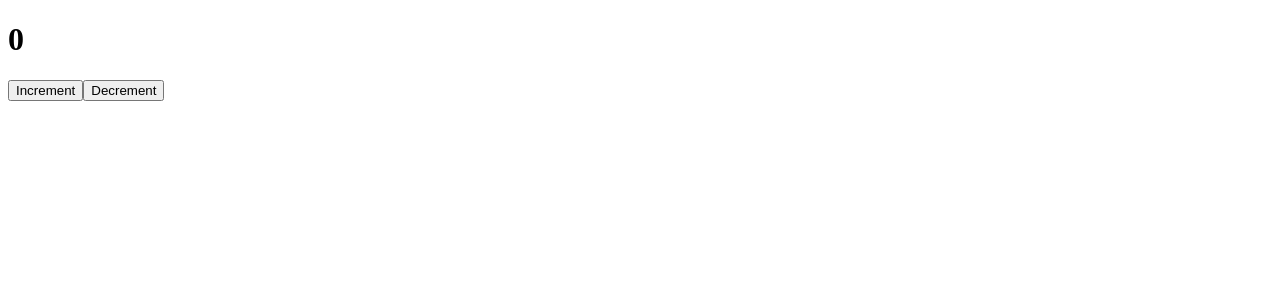
Repository: otvertka/ulb
Page: /
These files come from the project's save history. The page is drawn as it stood at one moment and after the next save; the edit follows.
The browser window is 1280 px wide. The pictures show the whole page.
The project was rebuilt for these pictures with package versions that can differ from the ones it lists, and the page was loaded fresh each time.

Above is the page before, as saved 2023-06-09 13:25:17.

After the next save:
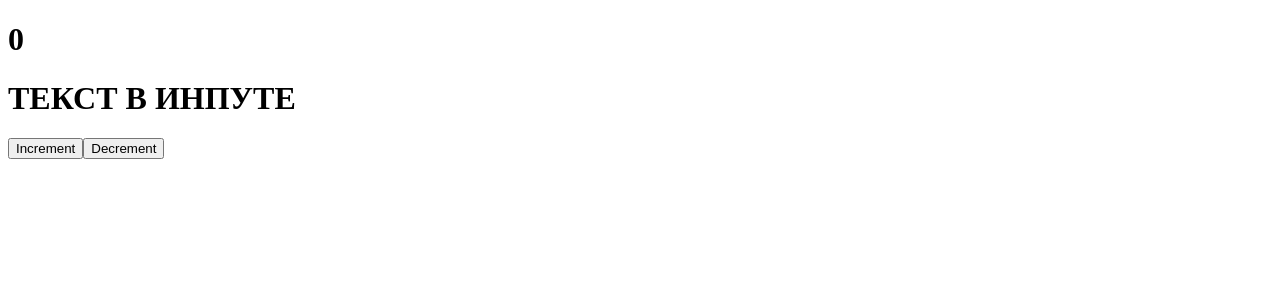
Saved 2 min 32 s later.
--- a/src/App.js
+++ b/src/App.js
@@ -1,7 +1,8 @@
 import React, { useState } from "react";
 
 function App() {
-  const [likes, setLikes] = useState(0);
+  const [likes, setLikes] = useState(0); // счётчики лайков
+  const [value, setValue] = useState("ТЕКСТ В ИНПУТЕ"); // управляемый инпут
   function increment() {
     setLikes(likes + 1);
   }
@@ -12,6 +13,7 @@ function App() {
   return (
     <div className="App">
       <h1>{likes}</h1>
+      <h1>{value}</h1>
       <button onClick={increment}>Increment</button>
       <button onClick={decrement}>Decrement</button>
     </div>
